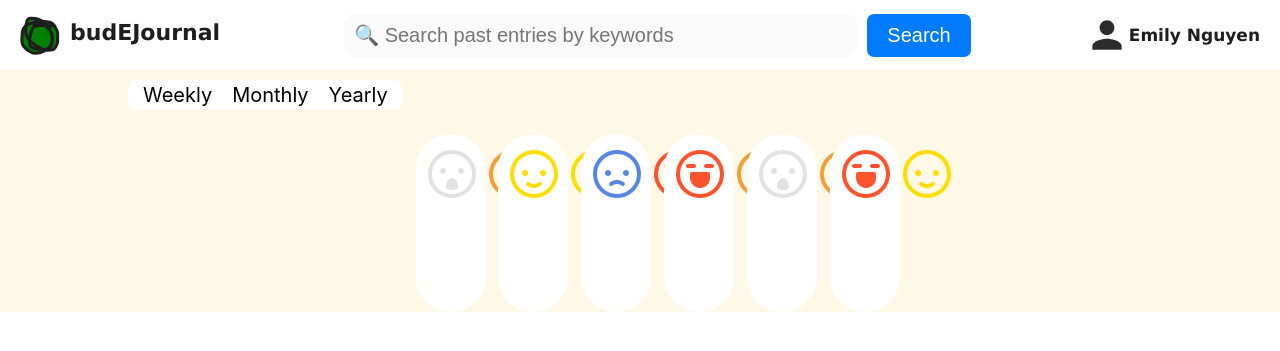
Repository: BaileyLuu/budejournal
Page: /
An editor plug-in stored every save of this project. The page is shown before and after the next save, followed by the edit.
The browser window is 1280 px wide. The pictures show the whole page.
The project was rebuilt for these pictures with package versions that can differ from the ones it lists, and the page was loaded fresh each time. Also part of the build but not shown: src/pages/Home.js.

Above is the page before, as saved 2023-09-16 22:11:37.

After the next save:
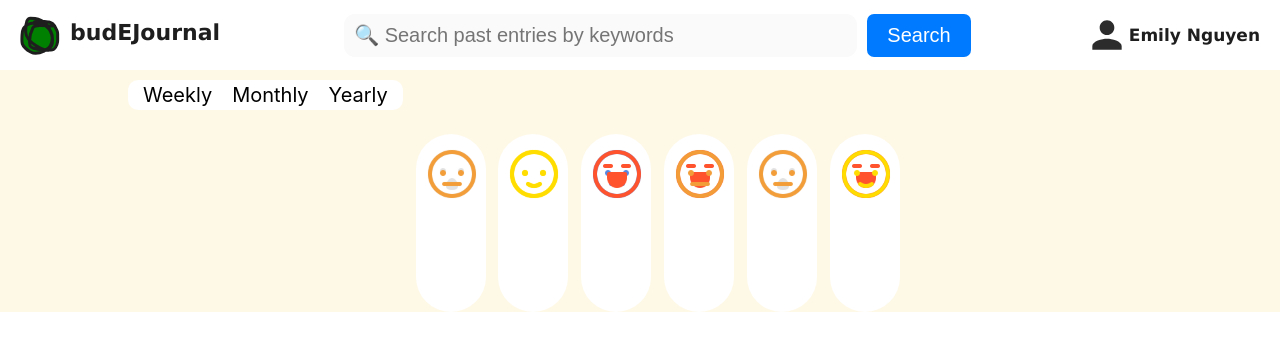
Saved 4 s later.
--- a/src/components/emoji.css
+++ b/src/components/emoji.css
@@ -61,6 +61,6 @@
     margin-left: 1px;
     margin-top: 5px;
     margin-bottom: 5px;
-    display:inline-block
+    display:inline-block;
     position:absolute;
 }

After the 2 saves that followed:
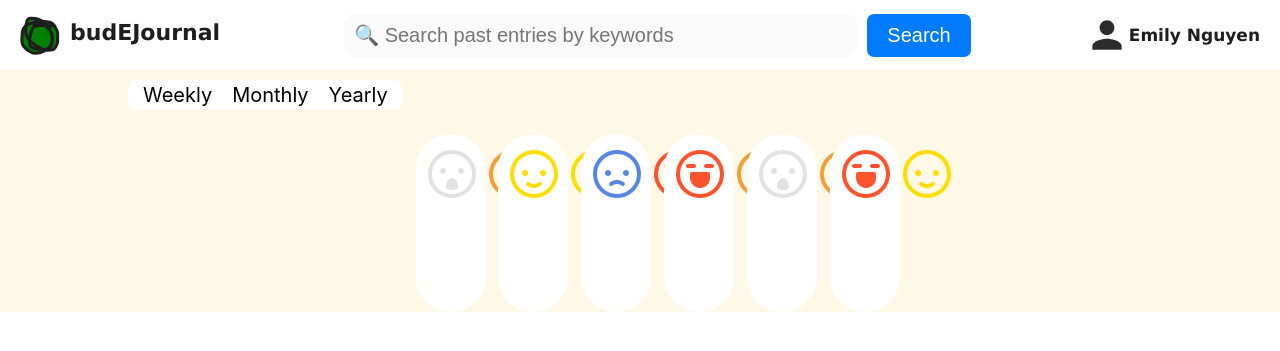
The 2 saves are shown as one change because 1 left the picture as it was.
The last was saved 46 s later.
--- a/src/components/emoji.css
+++ b/src/components/emoji.css
@@ -62,5 +62,5 @@
     margin-top: 5px;
     margin-bottom: 5px;
     display:inline-block;
-    position:absolute;
+    /* position:absolute; */
 }
